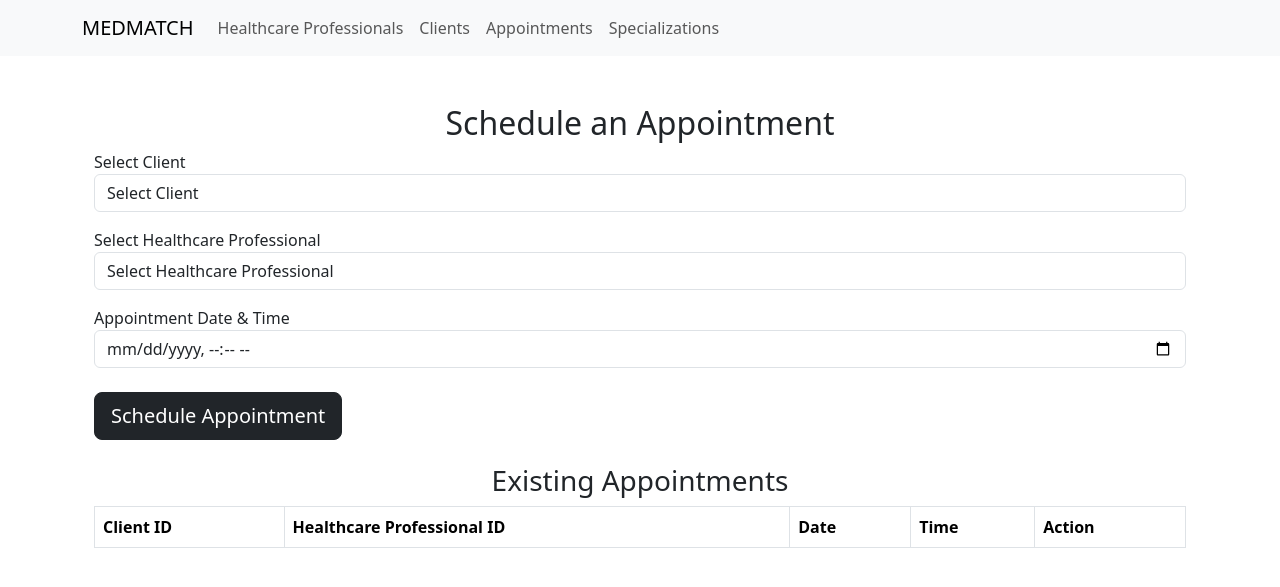
Repository: fahma20/medmatch-platform
Page: /appointments (app in client/)
The author's editor kept a copy of each file at every save. The page is drawn from the files as they stood at one save, then again after a run of saves.
The browser window is 1280 px wide. The pictures show the whole page.
The page's requests for data from a server got no answer. The project was rebuilt for these pictures with package versions that can differ from the ones it lists, and the page was loaded fresh each time. No one was signed in, and anything a server would have sent is missing. Also part of the build but not shown: client/src/components/Healthcareprofessionals.js, client/src/components/Specializations.js, client/src/components/Clients.js, client/src/components/Homepage.js.

Above is the page before, as saved 2025-02-01 15:17:37.

### client/src/index.js
import React from "react";
import ReactDOM from "react-dom";
import App from './components/App';  // Correct path to the App component


ReactDOM.render(
  <React.StrictMode>
    <App />
  </React.StrictMode>,
  document.getElementById("root")
);

### client/src/components/App.js
import React from 'react';
import { BrowserRouter as Router, Routes, Route } from 'react-router-dom';
import 'bootstrap/dist/css/bootstrap.min.css';

import HealthcareProfessionals from './Healthcareprofessionals'; // Ensure the correct name and casing
import Specializations from './Specializations';
import Appointments from './Appointments';
import Clients from './Clients';
import Navbar from './Navbar';
import HomePage from './Homepage'; // Corrected import to HomePage

const App = () => {
  return (
    <Router>
      <Navbar /> {/* Your Navbar component */}
      <div className="container mt-5">
        <Routes>
          {/* Add HomePage as the route for the root path */}
          <Route path="/" element={<HomePage />} /> {/* Home Page */}
          <Route path="/clients" element={<Clients />} />
          <Route path="/appointments" element={<Appointments />} />
          <Route path="/specializations" element={<Specializations />} />
          <Route path="/healthcare-professionals" element={<HealthcareProfessionals />} /> {/* Healthcare Professionals Page */}
        </Routes>
      </div>
    </Router>
  );
};

export default App;

### client/src/components/Appointments.js

/*
import React, { useState, useEffect } from 'react';
import { Formik, Field, Form, ErrorMessage } from 'formik';
import * as Yup from 'yup';

const Appointments = () => {
  const [appointments, setAppointments] = useState([]);

  // Fetch appointments
  useEffect(() => {
    const fetchAppointments = async () => {
      try {
        const response = await fetch('http://127.0.0.1:5000/api/appointments');
        const data = await response.json();
        setAppointments(data);
      } catch (error) {
        console.error('Error fetching appointments:', error);
      }
    };
    fetchAppointments();
  }, []);

  // Validation schema for creating/editing appointment
  const validationSchema = Yup.object({
    clientId: Yup.number().required('Client ID is required'),
    doctorId: Yup.number().required('Doctor ID is required'),
    appointmentDate: Yup.date().required('Appointment date is required'),
  });

  // Handle form submission (create new appointment)
  const handleSubmit = async (values, { resetForm }) => {
    try {
      const response = await fetch('http://127.0.0.1:5000/api/appointments', {
        method: 'POST',
        headers: {
          'Content-Type': 'application/json',
        },
        body: JSON.stringify(values),
      });

      if (!response.ok) {
        console.error('Error adding appointment:', response);
        return;
      }

      const newAppointment = await response.json();
      setAppointments((prevAppointments) => [...prevAppointments, newAppointment]);
      resetForm();
    } catch (error) {
      console.error('Error adding appointment:', error);
    }
  };

  // Handle deleting an appointment
  const handleDelete = async (id) => {
    try {
      const response = await fetch(`http://127.0.0.1:5000/api/appointments/${id}`, {
        method: 'DELETE',
      });

      if (!response.ok) {
        console.error('Error deleting appointment:', response);
        return;
      }

      setAppointments((prevAppointments) =>
        prevAppointments.filter((appointment) => appointment.id !== id)
      );
    } catch (error) {
      console.error('Error deleting appointment:', error);
    }
  };

  return (
    <div>
      <h2>Appointments</h2>

      <Formik
        initialValues={{
          clientId: '',
          doctorId: '',
          appointmentDate: '',
        }}
        validationSchema={validationSchema}
        onSubmit={handleSubmit}
      >
        <Form>
          <div className="form-group">
            <label htmlFor="clientId">Client ID</label>
            <Field
              type="number"
              id="clientId"
              name="clientId"
              className="form-control"
            />
            <ErrorMessage name="clientId" component="div" className="text-danger" />
          </div>

          <div className="form-group">
            <label htmlFor="doctorId">Doctor ID</label>
            <Field
              type="number"
              id="doctorId"
              name="doctorId"
              className="form-control"
            />
            <ErrorMessage name="doctorId" component="div" className="text-danger" />
          </div>

          <div className="form-group">
            <label htmlFor="appointmentDate">Appointment Date</label>
            <Field
              type="date"
              id="appointmentDate"
              name="appointmentDate"
              className="form-control"
            />
            <ErrorMessage name="appointmentDate" component="div" className="text-danger" />
          </div>

          <button type="submit" className="btn btn-primary">Add Appointment</button>
        </Form>
      </Formik>

      <div className="mt-4">
        <h3>Appointments List</h3>
        {appointments.length === 0 ? (
          <p>No appointments available.</p>
        ) : (
          appointments.map((appointment) => (
            <div key={appointment.id} className="card mb-3">
              <div className="card-body">
                <h5 className="card-title">Appointment ID: {appointment.id}</h5>
                <p className="card-text">
                  <strong>Client ID:</strong> {appointment.clientId}
                </p>
                <p className="card-text">
                  <strong>Doctor ID:</strong> {appointment.doctorId}
                </p>
                <p className="card-text">
                  <strong>Date:</strong> {new Date(appointment.appointmentDate).toLocaleDateString()}
                </p>
                <button
                  className="btn btn-danger"
                  onClick={() => handleDelete(appointment.id)}
                >
                  Delete
                </button>
              </div>
            </div>
          ))
        )}
      </div>
    </div>
  );
};

export default Appointments;
*/
import React, { useState, useEffect } from 'react';

const Appointments = () => {
  const [clients, setClients] = useState([]);
  const [professionals, setProfessionals] = useState([]);
  const [appointments, setAppointments] = useState([]);
  const [appointmentDate, setAppointmentDate] = useState('');
  const [clientId, setClientId] = useState('');
  const [professionalId, setProfessionalId] = useState('');
  const [message, setMessage] = useState('');

  // Fetch clients and healthcare professionals
  useEffect(() => {
    const fetchClients = async () => {
      const response = await fetch('http://127.0.0.1:5000/api/clients');
      const data = await response.json();
      setClients(data);
    };

    const fetchProfessionals = async () => {
      const response = await fetch('http://127.0.0.1:5000/api/healthcare_professionals');
      const data = await response.json();
      setProfessionals(data);
    };

    const fetchAppointments = async () => {
      const response = await fetch('http://127.0.0.1:5000/api/appointments');
      const data = await response.json();
      setAppointments(data);
    };

    fetchClients();
    fetchProfessionals();
    fetchAppointments();
  }, []);

  // Handle form submission for creating appointment
  const handleSubmit = async (e) => {
    e.preventDefault();

    const newAppointment = {
      client_id: clientId,
      healthcare_professional_id: professionalId,
      date: appointmentDate,
    };

    try {
      const response = await fetch('http://127.0.0.1:5000/api/appointments', {
        method: 'POST',
        headers: {
          'Content-Type': 'application/json',
        },
        body: JSON.stringify(newAppointment),
      });

      if (response.ok) {
        const result = await response.json();
        // Add the newly created appointment to the appointments list without refreshing
        setAppointments((prevAppointments) => [...prevAppointments, result]);
        setMessage('Appointment scheduled successfully!');
        resetForm();
      } else {
        setMessage('There was an issue scheduling the appointment.');
      }
    } catch (error) {
      setMessage('Error connecting to the server.');
    }
  };

  // Handle deleting an appointment
  const handleDelete = async (appointmentId) => {
    try {
      const response = await fetch(`http://127.0.0.1:5000/api/appointments/${appointmentId}`, {
        method: 'DELETE',
      });

      if (response.ok) {
        setAppointments((prevAppointments) =>
          prevAppointments.filter((appointment) => appointment.id !== appointmentId)
        );
        setMessage('Appointment deleted successfully!');
      } else {
        setMessage('There was an issue deleting the appointment.');
      }
    } catch (error) {
      setMessage('Error connecting to the server.');
    }
  };

  const resetForm = () => {
    setClientId('');
    setProfessionalId('');
    setAppointmentDate('');
  };

  return (
    <div className="container mt-4">
      <h2 className="text-center">Schedule an Appointment</h2>
      <form onSubmit={handleSubmit}>
        <div className="form-group">
          <label>Select Client</label>
          <select
            className="form-control"
            value={clientId}
            onChange={(e) => setClientId(e.target.value)}
          >
            <option value="">Select Client</option>
            {clients.map((client) => (
              <option key={client.id} value={client.id}>
                {client.name}
              </option>
            ))}
          </select>
        </div>
        <div className="form-group mt-3">
          <label>Select Healthcare Professional</label>
          <select
            className="form-control"
            value={professionalId}
            onChange={(e) => setProfessionalId(e.target.value)}
          >
            <option value="">Select Healthcare Professional</option>
            {professionals.map((professional) => (
              <option key={professional.id} value={professional.id}>
                {professional.name}
              </option>
            ))}
          </select>
        </div>
        <div className="form-group mt-3">
          <label>Appointment Date & Time</label>
          <input
            type="datetime-local"
            className="form-control"
            value={appointmentDate}
            onChange={(e) => setAppointmentDate(e.target.value)}
            required
          />
        </div>
        <button type="submit" className="btn btn-dark btn-lg mt-4">
          Schedule Appointment
        </button>
      </form>

      {message && <div className="mt-4 alert alert-info">{message}</div>}

      <div className="mt-4">
        <h3 className="text-center">Existing Appointments</h3>
        <table className="table table-bordered">
          <thead>
            <tr>
              <th>Client ID</th>
              <th>Healthcare Professional ID</th>
              <th>Date</th>
              <th>Time</th>
              <th>Action</th>
            </tr>
          </thead>
          <tbody>
            {appointments.map((appointment) => (
              <tr key={appointment.id}>
                <td>{appointment.client_id}</td>
                <td>{appointment.healthcare_professional_id}</td>
                <td>{appointment.date}</td>
                <td>{appointment.time}</td>
                <td>
                  <button
                    className="btn btn-danger"
                    onClick={() => handleDelete(appointment.id)}
                  >
                    Delete
                  </button>
                </td>
              </tr>
            ))}
          </tbody>
        </table>
      </div>
    </div>
  );
};

export default Appointments;

### client/src/components/Navbar.js
/*import React from 'react';
import { Link } from 'react-router-dom';

const Navbar = () => {
  return (
    <nav className="navbar navbar-expand-lg navbar-light bg-light">
      <a className="navbar-brand" href="/">MedMatch</a>
      <div className="collapse navbar-collapse">
        <ul className="navbar-nav ml-auto">
          <li className="nav-item">
            <Link className="nav-link" to="/">Healthcare Professionals</Link>
          </li>
          <li className="nav-item">
            <Link className="nav-link" to="/clients">Clients</Link>
          </li>
          <li className="nav-item">
            <Link className="nav-link" to="/appointments">Appointments</Link>
          </li>
        </ul>
      </div>
    </nav>
  );
};

export default Navbar;
*/

// Navbar.js
import React from 'react';
import { Link } from 'react-router-dom';

const Navbar = () => {
  return (
    <nav className="navbar navbar-expand-lg navbar-light bg-light">
      <div className="container">
        <Link className="navbar-brand" to="/">MEDMATCH</Link>
        <button
          className="navbar-toggler"
          type="button"
          data-bs-toggle="collapse"
          data-bs-target="#navbarNav"
          aria-controls="navbarNav"
          aria-expanded="false"
          aria-label="Toggle navigation"
        >
          <span className="navbar-toggler-icon"></span>
        </button>
        <div className="collapse navbar-collapse" id="navbarNav">
          <ul className="navbar-nav">
            <li className="nav-item">
              <Link className="nav-link" to="/healthcare-professionals">Healthcare Professionals</Link>
            </li>
            <li className="nav-item">
              <Link className="nav-link" to="/clients">Clients</Link>
            </li>
            <li className="nav-item">
              <Link className="nav-link" to="/appointments">Appointments</Link>
            </li>
            <li className="nav-item">
              <Link className="nav-link" to="/specializations">Specializations</Link>
            </li>
          </ul>
        </div>
      </div>
    </nav>
  );
};

export default Navbar;

Loaded but not shown: client/public/index.html (common file)

After the next 2 saves:
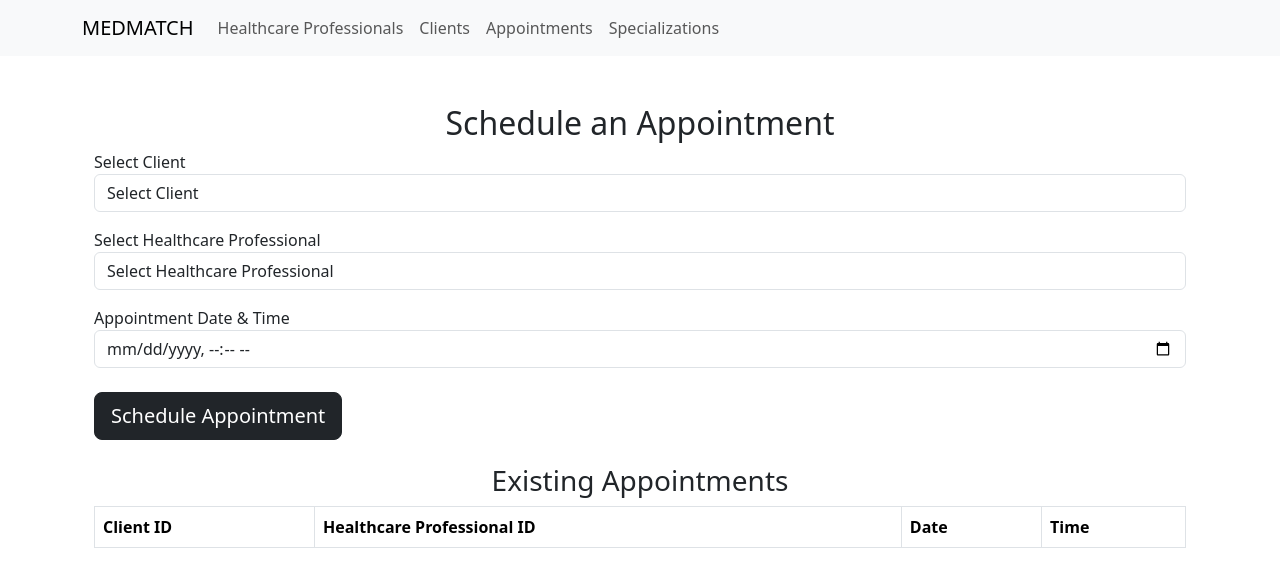
The 2 saves are shown as one change because they came seconds apart.
The last was saved 3 min 34 s later.
--- a/client/src/components/Appointments.js
+++ b/client/src/components/Appointments.js
@@ -201,7 +201,8 @@ const Appointments = () => {
     const newAppointment = {
       client_id: clientId,
       healthcare_professional_id: professionalId,
-      date: appointmentDate,
+      date: appointmentDate, // Ensure the date includes both date and time
+      time: appointmentDate.split("T")[1], // Extract time part if necessary
     };
 
     try {
@@ -227,26 +228,6 @@ const Appointments = () => {
     }
   };
 
-  // Handle deleting an appointment
-  const handleDelete = async (appointmentId) => {
-    try {
-      const response = await fetch(`http://127.0.0.1:5000/api/appointments/${appointmentId}`, {
-        method: 'DELETE',
-      });
-
-      if (response.ok) {
-        setAppointments((prevAppointments) =>
-          prevAppointments.filter((appointment) => appointment.id !== appointmentId)
-        );
-        setMessage('Appointment deleted successfully!');
-      } else {
-        setMessage('There was an issue deleting the appointment.');
-      }
-    } catch (error) {
-      setMessage('Error connecting to the server.');
-    }
-  };
-
   const resetForm = () => {
     setClientId('');
     setProfessionalId('');
@@ -263,6 +244,7 @@ const Appointments = () => {
             className="form-control"
             value={clientId}
             onChange={(e) => setClientId(e.target.value)}
+            required
           >
             <option value="">Select Client</option>
             {clients.map((client) => (
@@ -278,6 +260,7 @@ const Appointments = () => {
             className="form-control"
             value={professionalId}
             onChange={(e) => setProfessionalId(e.target.value)}
+            required
           >
             <option value="">Select Healthcare Professional</option>
             {professionals.map((professional) => (
@@ -313,7 +296,6 @@ const Appointments = () => {
               <th>Healthcare Professional ID</th>
               <th>Date</th>
               <th>Time</th>
-              <th>Action</th>
             </tr>
           </thead>
           <tbody>
@@ -323,14 +305,6 @@ const Appointments = () => {
                 <td>{appointment.healthcare_professional_id}</td>
                 <td>{appointment.date}</td>
                 <td>{appointment.time}</td>
-                <td>
-                  <button
-                    className="btn btn-danger"
-                    onClick={() => handleDelete(appointment.id)}
-                  >
-                    Delete
-                  </button>
-                </td>
               </tr>
             ))}
           </tbody>
